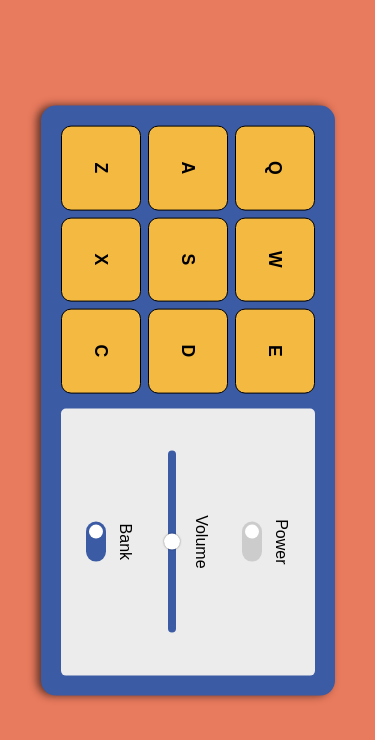
Repository: alfredoleano/drum-machine
Page: /
These files come from the project's save history. The page is drawn as it stood at one moment and after a run of saves; the edit follows.
The browser window is 375 px wide. The pictures show the whole page.
The project was rebuilt for these pictures with package versions that can differ from the ones it lists, and the page was loaded fresh each time.

Above is the page before, as saved 2024-06-14 13:51:19.

After the next 2 saves:
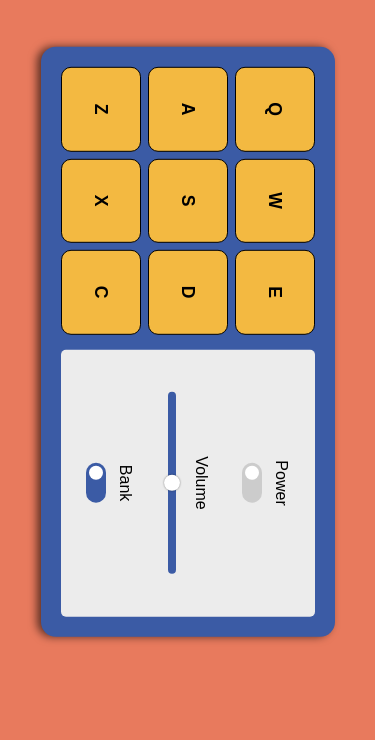
The 2 saves are shown as one change because they came seconds apart.
The last was saved 6 s later.
--- a/src/styles.scss
+++ b/src/styles.scss
@@ -259,7 +259,7 @@ input[type="range"]::-ms-track {
     // height: 80vw; /* Adjusted height to fit within viewport width when rotated */
     left: 50%; /* Centers the element horizontally */
     top: 50%;  /* Centers the element vertically */
-    transform: translate(-50%, -60%) rotate(90deg); /* Adjusts positioning and rotates */
+    transform: translate(-50%, -80%) rotate(90deg); /* Adjusts positioning and rotates */
     transform-origin: center center;
   }
 }
